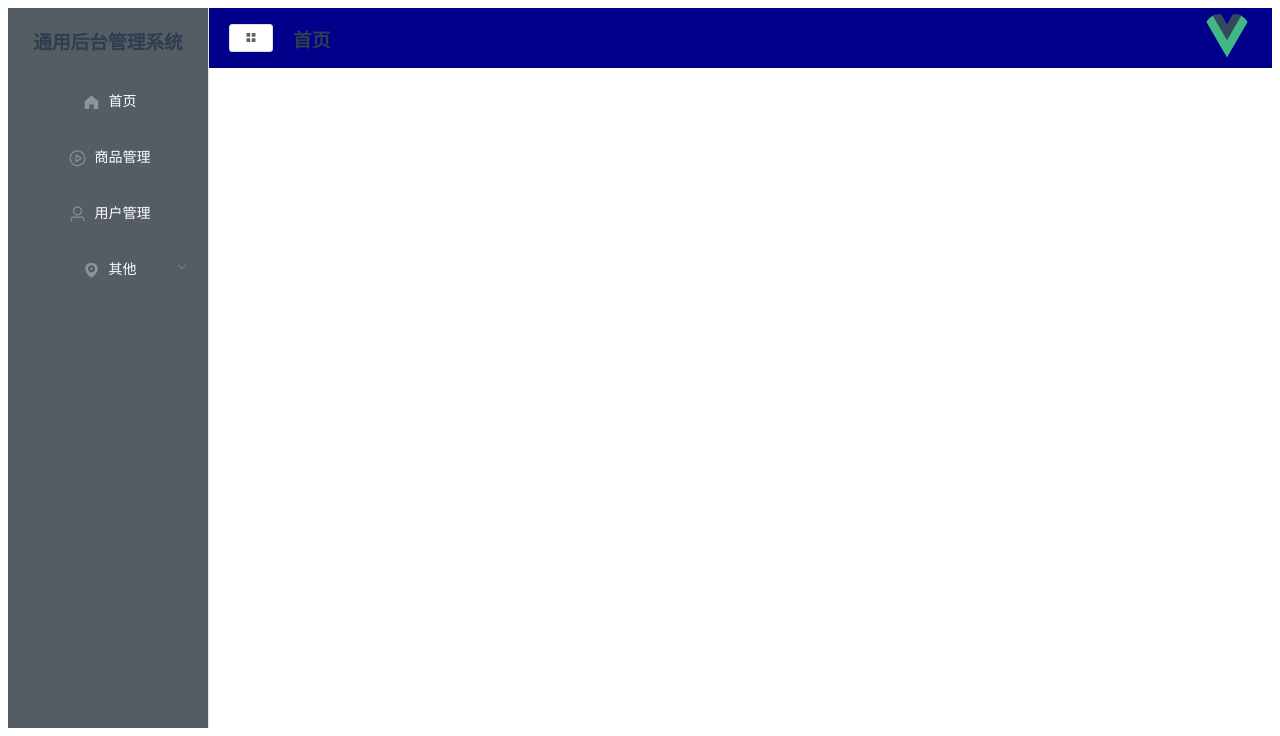
Repository: 385841539/VueStudy
Page: / (app in vue_cli/)
An editor plug-in stored every save of this project. The page is shown before and after the next save, followed by the edit.
The browser window is 1280 px wide. The pictures show the whole page.
The project was rebuilt for these pictures with package versions that can differ from the ones it lists, and the page was loaded fresh each time. Also part of the build but not shown: vue_cli/vue.config.js.

Above is the page before, as saved 2022-01-12 19:53:38.

### vue_cli/src/main.js
import Vue from 'vue'
import App from './App.vue'
import './registerServiceWorker'
import router from './router'
import store from './store'

import ElementUI from 'element-ui';
import 'element-ui/lib/theme-chalk/index.css';

Vue.use(ElementUI);


Vue.config.productionTip = false



new Vue({
  router,
  store,
  render: h => h(App)
}).$mount('#app')

### vue_cli/src/App.vue
<template>
  <div id="app">
    <!-- <p>这是一个P段落</p>
    <el-button>按钮</el-button>
    <el-button type="info">信息</el-button>
    <el-radio v-model="radio" label="1">备选项1</el-radio>
    <el-radio v-model="radio" label="2">备选项1</el-radio>

    <div>
      <router-link to="/">去home组件</router-link>
      <router-link to="/about">去about组件</router-link>
    </div> -->

    <router-view></router-view>
  </div>
</template>
<script>


export default {
  data() {
    return {
      radio: "1",
    };
  },
};
</script>


<style lang="scss">
#app {
  font-family: Avenir, Helvetica, Arial, sans-serif;
  -webkit-font-smoothing: antialiased;
  -moz-osx-font-smoothing: grayscale;
  text-align: center;
  color: #2c3e50;
}

#nav {
  padding: 30px;

  a {
    font-weight: bold;
    color: #2c3e50;

    &.router-link-exact-active {
      color: #42b983;
    }
  }
}
</style>

### vue_cli/src/router/index.js
import Vue from 'vue'
import VueRouter from 'vue-router'
import Main from '../views/Main.vue'

Vue.use(VueRouter)

const routes = [
  {
    path: '/',
    name: 'main',
    component: Main
  },
  {
    path: '/about',
    name: 'About',
    // route level code-splitting
    // this generates a separate chunk (about.[hash].js) for this route
    // which is lazy-loaded when the route is visited.
    component: () => import(/* webpackChunkName: "about" */ '../views/About.vue')
  }
]

const router = new VueRouter({
  mode: 'history',
  base: process.env.BASE_URL,
  routes
})

export default router

### vue_cli/src/views/Main.vue
<template>
  <el-container style="height: 100vh">
    <el-aside width="auto">
      <CommonAside></CommonAside>
    </el-aside>
    <el-container>
      <el-header>
        <CommonHeader></CommonHeader>
      </el-header>
      <!-- <el-main>Main</el-main> -->
    </el-container>
  </el-container>
</template>

<script>
// @ is an alias to /src
import CommonAside from "../components/CommonAside.vue";
import CommonHeader from "../components/CommonHeader.vue";

export default {
  name: "main",
  components: {
    CommonAside,
    CommonHeader,
  },
};
</script>
<style lang='scss' scoped>
.el-header {
  background: darkblue;
}
.el-main {
  padding-top: 0;
}
</style>

### vue_cli/src/components/CommonAside.vue
<template>
  <el-menu
    class="el-menu-vertical-demo"
    :collapse="isCollapse"
    background-color="#545c64"
    text-color="#fff"
    active-text-color="#ffd04b"
  >
    <h3>通用后台管理系统</h3>
    <el-menu-item
      :index="item.path"
      v-for="item in noChildren"
      :key="item.name"
      @click="clickMenu(item)"
    >
      <i :class="'el-icon-' + item.icon"></i>
      <span slot="title">{{ item.label }}</span>
    </el-menu-item>

    <el-submenu
      :index="item.label"
      v-for="item in hazChildren"
      :key="item.label"
    >
      <div slot="title">
        <i :class="'el-icon-' + item.icon"></i>
        <span>{{ item.label }}</span>
      </div>

      <el-menu-item-group>
        <el-menu-item
          v-for="(subItem, subIndex) in item.children"
          :index="subItem.path"
          :key="subIndex"
        >
          <i :class="'el-icon-' + subItem.icon"></i>
          <span slot="title">{{ subItem.label }}</span>
        </el-menu-item>
      </el-menu-item-group>
    </el-submenu>
  </el-menu>
</template>

<style>
.el-menu-vertical-demo:not(.el-menu--collapse) {
  width: 200px;
  height: 100%;
  min-height: 400px;
}
</style>


<script>
export default {
  data() {
    return {
      isCollapse: false,
      menu: [
        {
          path: "/",
          name: "home",
          label: "首页",
          icon: "s-home",
          url: "Home/Home",
        },
        {
          path: "/mall",
          name: "mall",
          label: "商品管理",
          icon: "video-play",
          url: "MallManage/MallManage",
        },
        {
          path: "/user",
          name: "user",
          label: "用户管理",
          icon: "user",
          url: "UserMange/UserMange",
        },
        {
          label: "其他",
          icon: "location",
          children: [
            {
              path: "/page1",
              name: "page1",
              label: "页面1",
              icon: "setting",
              url: "Other/PageOne",
            },
            {
              path: "/page2",
              name: "page2",
              label: "页面2",
              icon: "setting",
              url: "Other/PageTwo",
            },
          ],
        },
      ],
    };
  },
  methods: {
    clickMenu(item) {
      console.log(item);
      this.$router.push({ name: item.name });
    },
  },
  computed: {
    noChildren() {
      return this.menu.filter((item) => {
        console.log(item);
        return !item.children;
      });
    },
    hazChildren() {
      return this.menu.filter((item) => item.children);
    },
  },
};
</script>

### vue_cli/src/components/CommonHeader.vue
<template>
  <header>
    <div class="l-content">
      <el-button plain icon="el-icon-menu" size="mini"></el-button>
      <h3>首页</h3>
    </div>

    <div class="r-content">
      <el-dropdown szie="mini" trigger="click">
        <span class="el-dropdown-link" >
          <img :src="userImg" class="user"/>
        </span>

        <el-dropdown-menu slot="dropdown">
          <el-dropdown-item>个人中心</el-dropdown-item>
          <el-dropdown-item>个人中心1</el-dropdown-item>
        </el-dropdown-menu>
      </el-dropdown>
    </div>
  </header>
</template>



<script>
export default {
  data() {
    return {
      userImg: require("../assets/logo.png"),
    };
  },
};
</script>


<style  lang="scss" scoped>
header {
  display: flex;
  height: 100%;
  align-items: center;
  justify-content: space-between;
}

.l-content {
  display: flex;
  align-items: center;
  .el-button {
    margin-right: 20px;
  }
}

  .r-content {
    .user {
      width: 50px;
      height: 50px;
      border-radius: 50%;
    }
  }
</style>

Loaded but not shown: vue_cli/public/index.html (common file); vue_cli/src/registerServiceWorker.js (common file); vue_cli/src/store/index.js (common file)

After the next save:
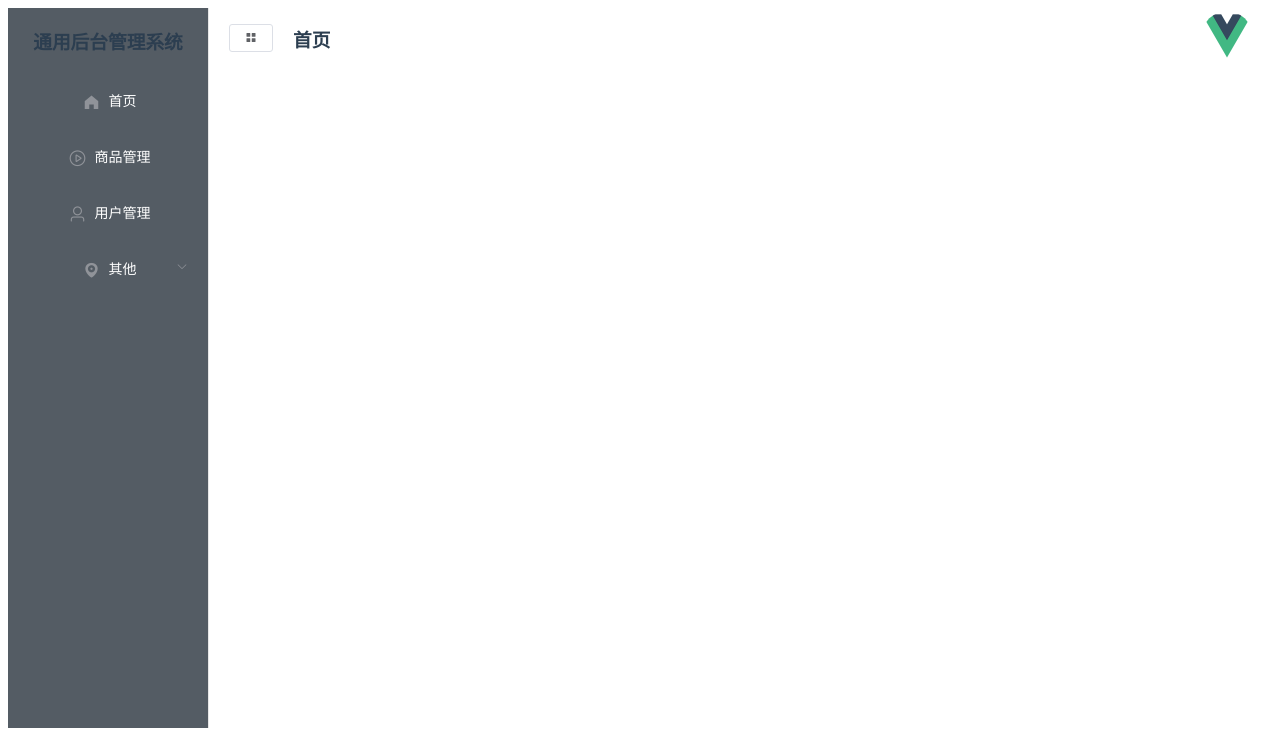
Saved 11 s later.
--- a/vue_cli/src/views/Main.vue
+++ b/vue_cli/src/views/Main.vue
@@ -27,7 +27,7 @@
 </script>
 <style lang='scss' scoped>
 .el-header {
-  background: darkblue;
+  background: "#fff";
 }
 .el-main {
   padding-top: 0;

After the 5 saves that followed:
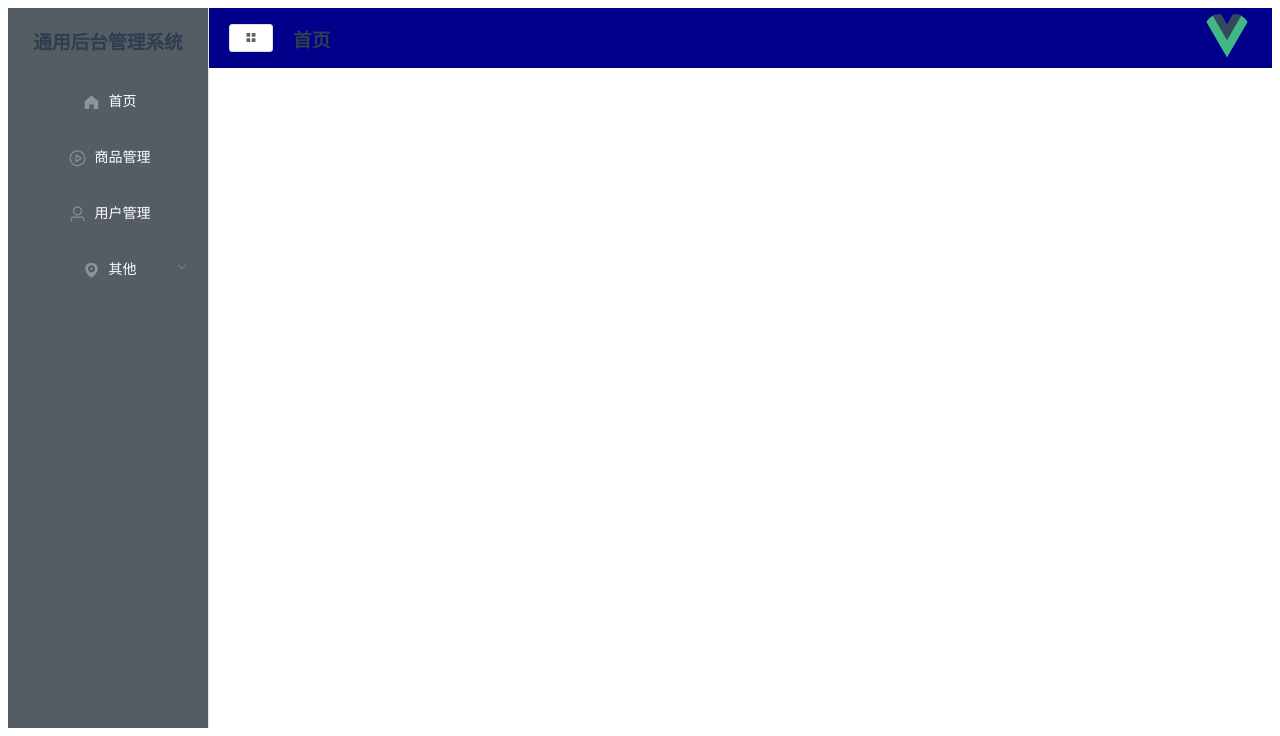
The 5 saves are shown as one change because 4 left the picture as it was.
The last was saved 78 s later.
--- a/vue_cli/src/views/Main.vue
+++ b/vue_cli/src/views/Main.vue
@@ -27,7 +27,7 @@
 </script>
 <style lang='scss' scoped>
 .el-header {
-  background: "#fff";
+  background-color: darkblue;
 }
 .el-main {
   padding-top: 0;
